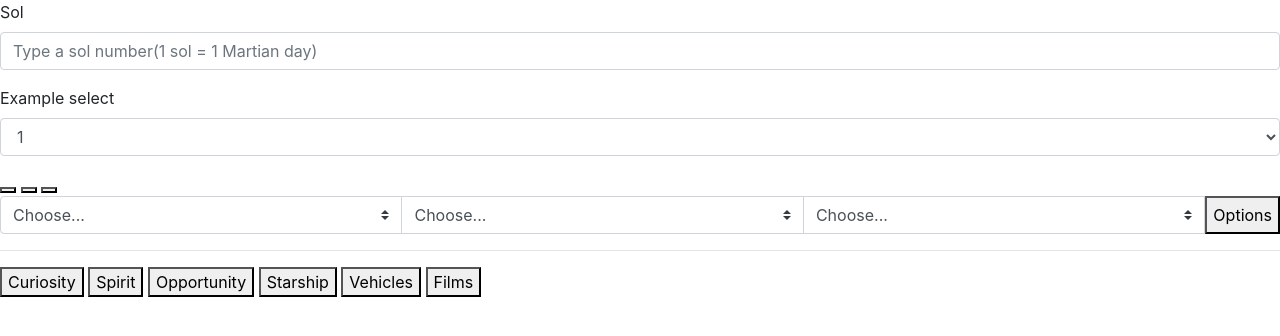
Repository: romqrq/Red-Planet-Explorer
Page: index.1.html
The author's editor kept a record of every edit. The page is drawn from the files as they stood at one moment, then again after the next edit.
The browser window is 1280 px wide. The pictures show the whole page.
Some web fonts or font styles are not loaded; a fallback is used. Some web libraries are served in a nearby version.

Above is the page before.

### index.1.html
<!DOCTYPE html>
<html lang="en">

<head>
    <meta charset="UTF-8">
    <meta name="viewport" content="width=device-width, initial-scale=1.0">
    <meta http-equiv="X-UA-Compatible" content="ie=edge">
    <title>Red Weather</title>
    <link rel="stylesheet" href="https://cdnjs.cloudflare.com/ajax/libs/font-awesome/5.10.2/css/all.min.css" type="text/css" />
    <link rel="stylesheet" href="https://stackpath.bootstrapcdn.com/bootstrap/4.3.1/css/bootstrap.min.css" crossorigin="anonymous">
    <link rel="stylesheet" href="assets/css/style.css" type="text/css" />

    <script src="https://code.jquery.com/jquery-3.4.1.js" integrity="sha256-WpOohJOqMqqyKL9FccASB9O0KwACQJpFTUBLTYOVvVU=" crossorigin="anonymous"></script>
    <script type="text/javascript" src="assets/js/jquery.js"></script>
    <script type="text/javascript" src="assets/js/main4.js"></script>
    <!--<script type="text/javascript" src="assets/js/main2.js"></script>-->
    <!--<script type="text/javascript" src="assets/js/main3.js"></script>-->

</head>

<body>

    <form>
        <div class="form-group">
            <label for="exampleFormControlInput1">Sol</label>
            <input type="text" class="form-control" id="solTextInput" placeholder="Type a sol number(1 sol = 1 Martian day)">
        </div>
        <div class="form-group">
            <label for="exampleFormControlSelect1">Example select</label>
            <select class="form-control" id="exampleFormControlSelect1">
              <option>1</option>
              <option>2</option>
              <option>3</option>
              <option>4</option>
              <option>5</option>
            </select>
        </div>
    </form>


    <button id="roverNameButton" value="curiosity"></button>
    <button id="roverNameButton" value="spirit"></button>
    <button id="roverNameButton" value="opportunity"></button>
    <div class="input-group mb-3">
        <select class="custom-select" id="inputRoverName">
            <option selected>Choose...</option>
            <option value="curiosity">Curiosity</option>
            <option value="spirit">Spirit</option>
            <option value="opportunity">Opportunity</option>
        </select>
        <select class="custom-select" id="inputSolNumber">
          <option selected>Choose...</option>
          <option value="500">500</option>
          <option value="1000">1000</option>
          <option value="1500">1500</option>
        </select>
        <select class="custom-select" id="inputCamName">
          <option selected>Choose...</option>
          <option value="fhaz">FHAZ</option>
          <option value="rhaz">RHAZ</option>
          <option value="mast">Mast</option>
        </select>
        <!--<select class="custom-select" id="inputEarthDate">-->
        <!--  <option selected>Choose...</option>-->
        <!--  <option value="fhaz">FHAZ</option>-->
        <!--  <option value="rhaz">RHAZ</option>-->
        <!--  <option value="mast">Mast</option>-->
        <!--</select>-->
        <button onclick="writeToDocument()">Options</button>
    </div>

    <hr>
    <button onclick="writeToDocument('curiosity'); getData(curiosity, cb)" value="curiosity" id="curiosityButton">Curiosity</button>
    <button onclick="writeToDocument('spirit'); getData(spirit, cb)" value="spirit" id="spiritButton">Spirit</button>
    <button onclick="writeToDocument('opportunity')" value="opportunity" id="opportunityButton">Opportunity</button>
    <button onclick="writeToDocument('starships')">Starship</button>
    <button onclick="writeToDocument('vehicles')">Vehicles</button>
    <button onclick="writeToDocument('films')">Films</button>
    <div id="data"></div>
</body>
<footer>

</footer>
<script src="https://code.jquery.com/jquery-3.3.1.slim.min.js" integrity="sha384-q8i/X+965DzO0rT7abK41JStQIAqVgRVzpbzo5smXKp4YfRvH+8abtTE1Pi6jizo" crossorigin="anonymous"></script>
<script src="https://cdnjs.cloudflare.com/ajax/libs/popper.js/1.14.7/umd/popper.min.js" integrity="sha384-UO2eT0CpHqdSJQ6hJty5KVphtPhzWj9WO1clHTMGa3JDZwrnQq4sF86dIHNDz0W1" crossorigin="anonymous"></script>
<script src="https://stackpath.bootstrapcdn.com/bootstrap/4.3.1/js/bootstrap.min.js" integrity="sha384-JjSmVgyd0p3pXB1rRibZUAYoIIy6OrQ6VrjIEaFf/nJGzIxFDsf4x0xIM+B07jRM" crossorigin="anonymous"></script>

</body>

</html>

### assets/css/style.css
/*General*/

@import url('https://fonts.googleapis.com/css?family=Revalia|Roboto:400,500|Jura:300,400,500&display=swap');

.testbg {
    position: absolute;
    top: 0;
    left: 0;
    height: 90vh;
    z-index: -1;
}

a {
    text-decoration: none;
    color: inherit;

}

/*.bg-blue {*/

/*    background-color: #01479e;*/

/*}*/

/*.callout {*/

/*    background-color: #e9ecefb0;*/

/*    height: 50vh;*/

/*}*/

.title-shadow {
    text-shadow: -1px 3px 8px #ffffff9e;
}

.text-shadow {
    text-shadow: -1px 1px 4px #ffffff;
}

.no-side-padding {
    padding-left: 0;
    padding-right: 0;
}

.main-screen-container {
    height: 90vh;
    padding: 1rem;
    /*background-image: url("mars.png");*/
    /*background-position: center;*/
    /*background-repeat: no-repeat;*/
    /*background-size: cover;*/
    /*background-color: black;*/
    display: flex;
    flex-direction: column;
    justify-content: space-evenly;
}

.social-row {
    padding: 1rem;
}

.social-col {
    flex-direction: row;
    display: flex;
    justify-content: center;
}

.round-border {
    border-radius: 50%;
    height: 2rem;
    border: 2px solid white;
    width: 2rem;
    justify-content: center;
    display: flex;
    line-height: 1.8rem;
    color: white;
    margin: 0 0.5rem;
}

.main-text-light {
    color: white;
    font-family: "Jura", "Revalia";
    font-weight: 500;
    font-size: 1.3rem;
}

.main-title {
    font-family: "Revalia", "Jura";
    font-size: 3rem;
    color: white;
    padding: 0 0 0.5rem;
}

.hr-divider {
    border-top: 2px solid rgb(255, 255, 255);
    width: 80vw;
}

.launch-button-div {
    height: 9.5rem;
    width: 9.5rem;
    background-color: #e9ecef;
    padding: 0.75rem;
    border-radius: 50%;
    box-shadow: inset 0px 0px 9px 5px #343a408a;
    margin: auto;
}

.launch-button {
    background-color: #c60000;
    color: white;
    border: 0px solid white;
    font-size: 1.2rem;
    font-family: "Revalia";
    font-weight: 700;
    text-shadow: 0px 0px 5px #ffffffcf;
    padding: 0.5rem 1rem 1rem;
    height: 8rem;
    width: 8rem;
    border-radius: 50%;
    box-shadow: inset 3px -4px 20px 7px #842600;
}

/*.main-subtitle {*/

/*    color: white;*/

/*    font-family: "Jura", "Revalia";*/

/*    font-weight: 500;*/

/*    font-size: 1.3rem;*/

/*}*/

### assets/js/jquery.js
$(document).ready(function(value) {
    var roverName = this.value;
});

### assets/js/main4.js
// var firstInput = document.getElementById("input1");
// var roverName = firstInput.options[firstInput.selectedIndex].value;

// var secondInput = document.getElementById("input2");
// var earthDate = `earth_date=${secondInput.options[secondInput.selectedIndex].value}`;

// var thirdInput = document.getElementById("input3");
//$(document).ready(function() {
// var camName = `&camera=${thirdInput.options[thirdInput.selectedIndex].text}`;


//WORKS xhr.open("GET", "https://api.nasa.gov/insight_weather/?api_key=unJZiQapXhyZamSl37P8FEh7Zlssi7xmaIF4l95b&feedtype=json&ver=1.0");
//WORKS xhr.open("GET", "https://api.nasa.gov/mars-photos/api/v1/rovers/curiosity/latest_photos?api_key=unJZiQapXhyZamSl37P8FEh7Zlssi7xmaIF4l95b&feedtype=json&ver=1.0");
//WORKS xhr.open("GET", "https://api.nasa.gov/mars-photos/api/v1/manifests/curiosity?api_key=unJZiQapXhyZamSl37P8FEh7Zlssi7xmaIF4l95b&feedtype=json&ver=1.0");


function getWeatherData(cbweather) {
    var xhr = new XMLHttpRequest();

    xhr.onreadystatechange = function() {
        if (this.readyState == 4 && this.status == 200) {
            // document.getElementById("data").innerHTML = JSON.parse(this.responseText);
            console.log(JSON.parse(this.responseText));
            // cbweather(JSON.parse(this.responseText));
        }
    };

    xhr.open("GET", "https://api.nasa.gov/insight_weather/?api_key=unJZiQapXhyZamSl37P8FEh7Zlssi7xmaIF4l95b&feedtype=json&ver=1.0");
    xhr.send();
}





var xhr = new XMLHttpRequest();
var roverName = ""; //"curiosity";
var solNumber = ""; //"&sol=1000";
var camName = ""; //"&camera=FHAZ";
var pageNumber = ""; //"&page=1"
var earthDate = ""; //"earth_date=2015-6-3"

function getGeneral(cbData) {
    var rvn = document.getElementById("inputRoverName");
    var roverName = rvn.options[rvn.selectedIndex].value;

    var snb = document.getElementById("solTextInput");
    var solNumber = `&sol=${snb.value}`;
    // console.log(solNumber);
    // var snb = document.getElementById("inputSolNumber");
    // var solNumber = `&sol=${snb.options[snb.selectedIndex].value}`;

    var cmn = document.getElementById("inputCamName");
    var camName = `&camera=${cmn.options[cmn.selectedIndex].value}`;

    // var pgn = document.getElementById("inputPageNumber");
    // var pageNumber = `&page=${pgn.options[pgn.selectedIndex].value}`;

    // var ead = document.getElementById("inputEarthDate");
    // var earthDate = `earth_date=${ead.options[ead.selectedIndex].value}`;

    var xhr = new XMLHttpRequest();
    xhr.onreadystatechange = function() {
        if (this.readyState == 4 && this.status == 200) {
            // document.getElementById("data").innerHTML = JSON.parse(this.responseText);
            console.log(JSON.parse(this.responseText));
            cbData(JSON.parse(this.responseText));
        }
    };
    xhr.open("GET", `https://api.nasa.gov/mars-photos/api/v1/rovers/${roverName}/photos?${earthDate}${solNumber}${camName}${pageNumber}&api_key=unJZiQapXhyZamSl37P8FEh7Zlssi7xmaIF4l95b`);
    xhr.send();
}

function writeToDocument() {
    var el = document.getElementById("data");
    el.innerHTML = "";

    getGeneral(function(data) {
        data = data.photos;

        data.forEach(function(item) {
            // item.img_src = item.img_src.slice(0, 4)+"s"+item.img_src.slice(4, -1);
            // el.innerHTML += `<img src=${item.img_src} height=150 width=150>`;
            el.innerHTML += `<img src=${item.img_src} height=150 width=150>`;
        });
    });
}



// function getLatest(cbLatest) {
//     var xhr = new XMLHttpRequest();

//     xhr.onreadystatechange = function() {
//         if (this.readyState == 4 && this.status == 200) {
//             // document.getElementById("data").innerHTML = JSON.parse(this.responseText);
//             console.log(JSON.parse(this.responseText));
//             cbLatest(JSON.parse(this.responseText));
//         }
//     };

//     xhr.open("GET", "https://api.nasa.gov/mars-photos/api/v1/rovers/curiosity/latest_photos?api_key=unJZiQapXhyZamSl37P8FEh7Zlssi7xmaIF4l95b&feedtype=json&ver=1.0");
//     xhr.send();
// }

// function writeToDocument() {
//     var el = document.getElementById("data");
//     el.innerHTML = "";

//     getLatest(function(data) {
//         data = data.latest_photos;

//         data.forEach(function(item) {
//             el.innerHTML += `<img src=${item.img_src} height=150 width=150>`;
//         });
//     });
// }

// });

After the next edit:
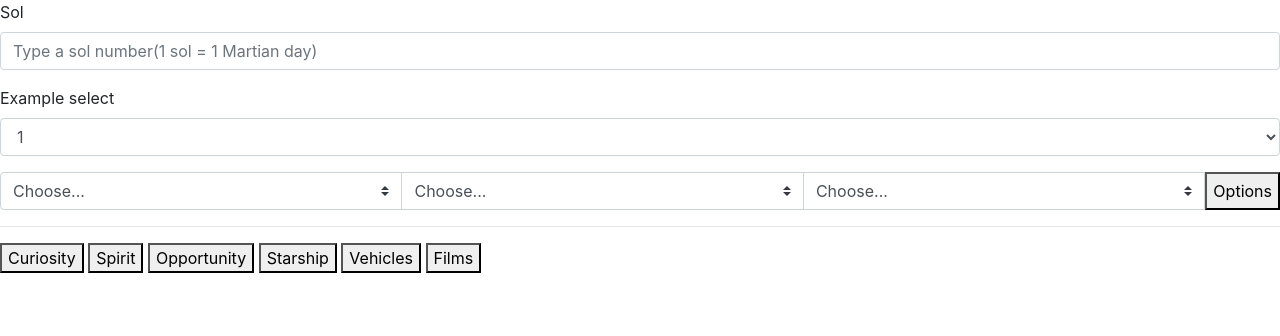
The edit:
--- a/index.1.html
+++ b/index.1.html
@@ -38,9 +38,9 @@
     </form>
 
 
-    <button id="roverNameButton" value="curiosity"></button>
-    <button id="roverNameButton" value="spirit"></button>
-    <button id="roverNameButton" value="opportunity"></button>
+    <!--<button id="roverNameButton" value="curiosity"></button>-->
+    <!--<button id="roverNameButton" value="spirit"></button>-->
+    <!--<button id="roverNameButton" value="opportunity"></button>-->
     <div class="input-group mb-3">
         <select class="custom-select" id="inputRoverName">
             <option selected>Choose...</option>
